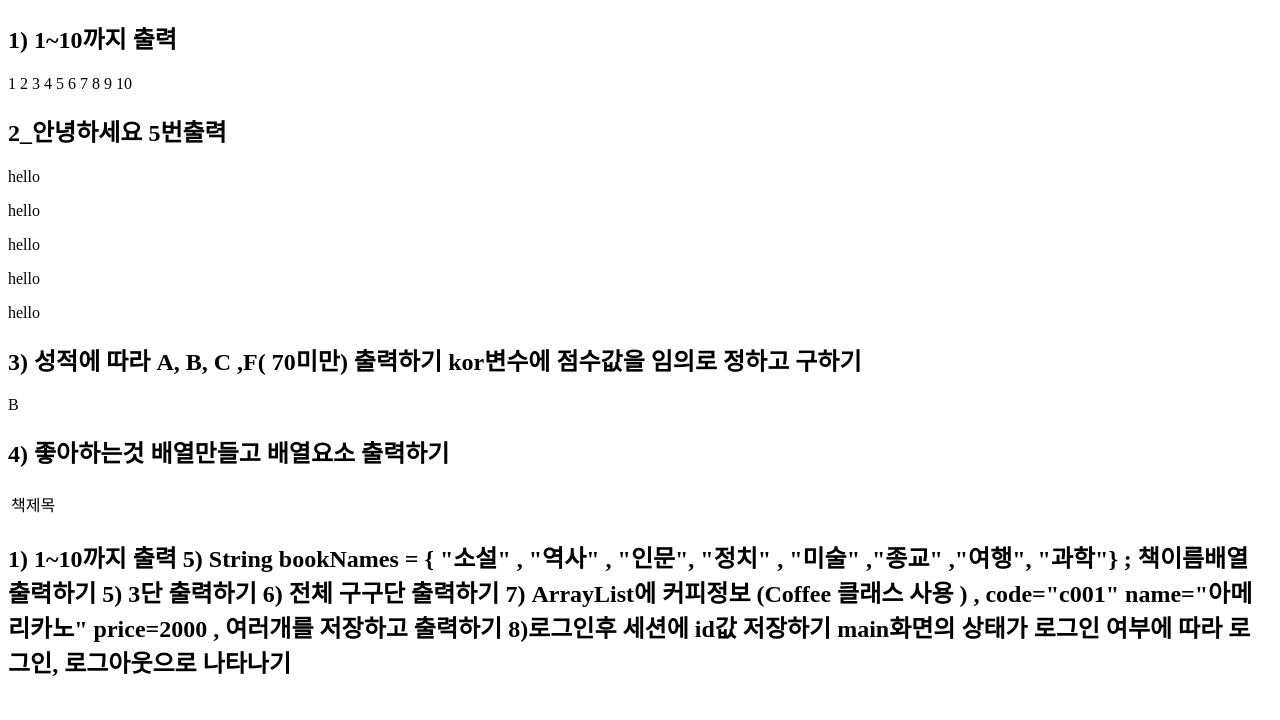
Repository: mvcfvsgdj/javaee
Page: http://localhost/ELprj0908/jstl8
The author's editor kept a copy of each file at every save. The page is drawn from the files as they stood at one save, then again after the next save.
The browser window is 1280 px wide. The pictures show the whole page.
The page is served by Tomcat 9. Other server files are loaded and not shown.

Above is the page before, as saved 2023-09-08 06:15:01.

### ELprj0908/src/main/webapp/WEB-INF/views/jstl8.jsp
<%@ page language="java" contentType="text/html; charset=UTF-8"
    pageEncoding="UTF-8"%>
<%@ page import="java.util.Date" %>
<%@ page import="java.time.LocalDate" %>

  <%@ taglib uri="http://java.sun.com/jsp/jstl/fmt" prefix="fmt" %>
  <%@ taglib uri="http://java.sun.com/jsp/jstl/core" prefix="c" %>


<!DOCTYPE html>
<html>
<head>
<meta charset="UTF-8">
<title>Insert title here</title>
</head>
<body>

<h2>1) 1~10까지 출력</h2>

<c:forEach var="i" begin = "1" end= "10">
		${i }</c:forEach>


<h2>2_안녕하세요 5번출력</h2>

<c:set var="hi" value="hello"/>
  <c:forEach begin="1" end="5" var="i">
        <p>${hi}</p>
    </c:forEach>

    <h2>3) 성적에 따라 A, B, C ,F( 70미만)  출력하기  kor변수에 점수값을 임의로 정하고 구하기</h2>


     <c:set var="kor"   value="87" />
 <c:if test="${kor }>=90}">장학금내놩</c:if>
<c:choose>
<c:when test="${kor>=90 }">A</c:when>
<c:when test="${kor>=80 }">B</c:when>
<c:when test="${kor>=70 }">C</c:when>
<c:otherwise>F</c:otherwise>
</c:choose>

    <h2>4) 좋아하는것 배열만들고 배열요소 출력하기  </h2>

    <table>
<tr>
<td>
책제목
</td>
</tr>
<c:forEach var="book" items="${books }">
<tr>
<td>
${book}
</td>
</tr>
</c:forEach>
</table>


    <h2>1) 1~10까지 출력



5) String bookNames = {  "소설" , "역사" , "인문",  "정치" , "미술" ,"종교" ,"여행", "과학"}  ;   책이름배열 출력하기
5) 3단 출력하기
6) 전체 구구단 출력하기
7) ArrayList에 커피정보 (Coffee 클래스 사용 ) ,  code="c001"   name="아메리카노"  price=2000 , 여러개를 저장하고
   출력하기
8)로그인후 세션에 id값 저장하기
main화면의 상태가 로그인 여부에 따라
로그인, 로그아웃으로 나타나기
    </h2>

</body>
</html>

### ELprj0908/src/main/java/elprj/Jstl8.java
package elprj;

import java.io.IOException;
import java.util.ArrayList;

import javax.servlet.ServletException;
import javax.servlet.annotation.WebServlet;
import javax.servlet.http.HttpServlet;
import javax.servlet.http.HttpServletRequest;
import javax.servlet.http.HttpServletResponse;
import javax.servlet.http.HttpSession;

@WebServlet("/jstl8")
public class Jstl8 extends HttpServlet {

	@Override
	protected void doGet(HttpServletRequest req, HttpServletResponse resp) throws ServletException, IOException {


		req.getRequestDispatcher("WEB-INF/views/jstl8.jsp").forward(req, resp);
	}
}

After the next save:
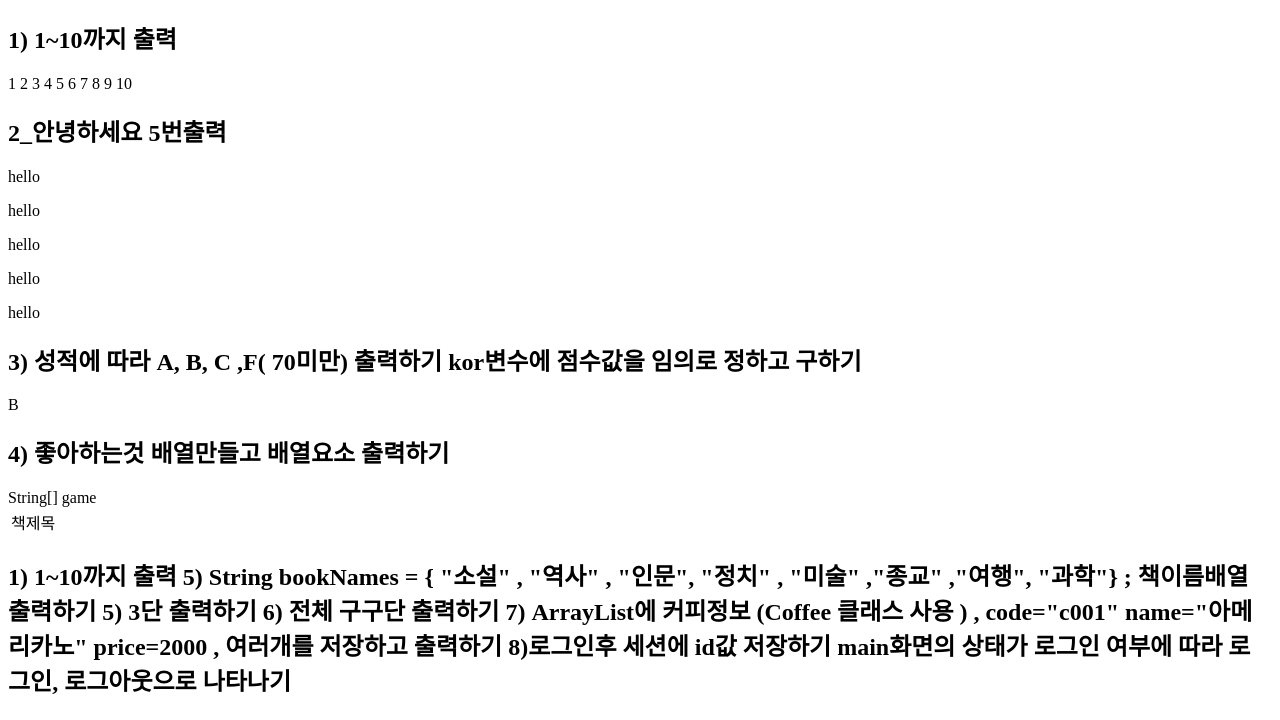
Saved 62 s later.
--- a/ELprj0908/src/main/webapp/WEB-INF/views/jstl8.jsp
+++ b/ELprj0908/src/main/webapp/WEB-INF/views/jstl8.jsp
@@ -18,7 +18,7 @@
 <h2>1) 1~10까지 출력</h2>
 
 <c:forEach var="i" begin = "1" end= "10">
-		${i }</c:forEach>
+		${i}</c:forEach>
 
 
 <h2>2_안녕하세요 5번출력</h2>
@@ -42,13 +42,15 @@
 
     <h2>4) 좋아하는것 배열만들고 배열요소 출력하기  </h2>
 
+
+    String[] game
     <table>
 <tr>
 <td>
 책제목
 </td>
 </tr>
-<c:forEach var="book" items="${books }">
+<c:forEach var="game" items="${game }">
 <tr>
 <td>
 ${book}

After the save that followed:
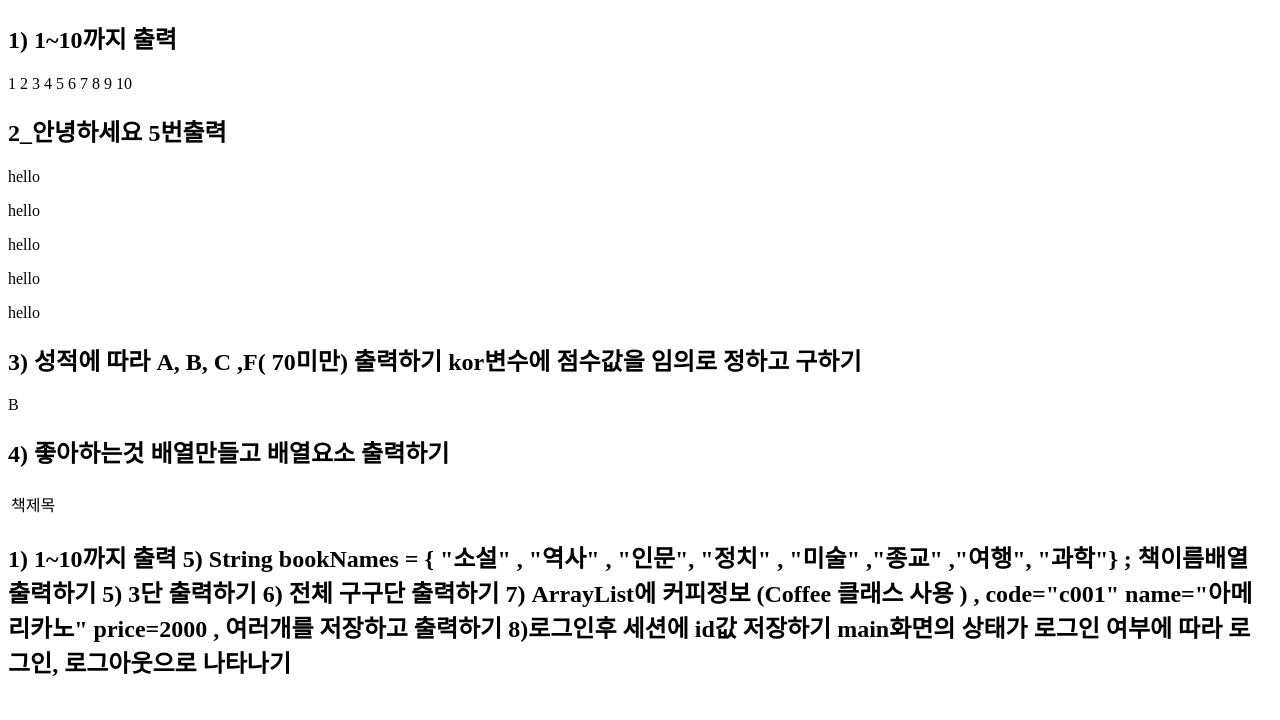
Saved 102 s later.
--- a/ELprj0908/src/main/webapp/WEB-INF/views/jstl8.jsp
+++ b/ELprj0908/src/main/webapp/WEB-INF/views/jstl8.jsp
@@ -43,7 +43,7 @@
     <h2>4) 좋아하는것 배열만들고 배열요소 출력하기  </h2>
 
 
-    String[] game
+    <% String[] game = { "롤" , "스타", "오버워치" }; %>
     <table>
 <tr>
 <td>
